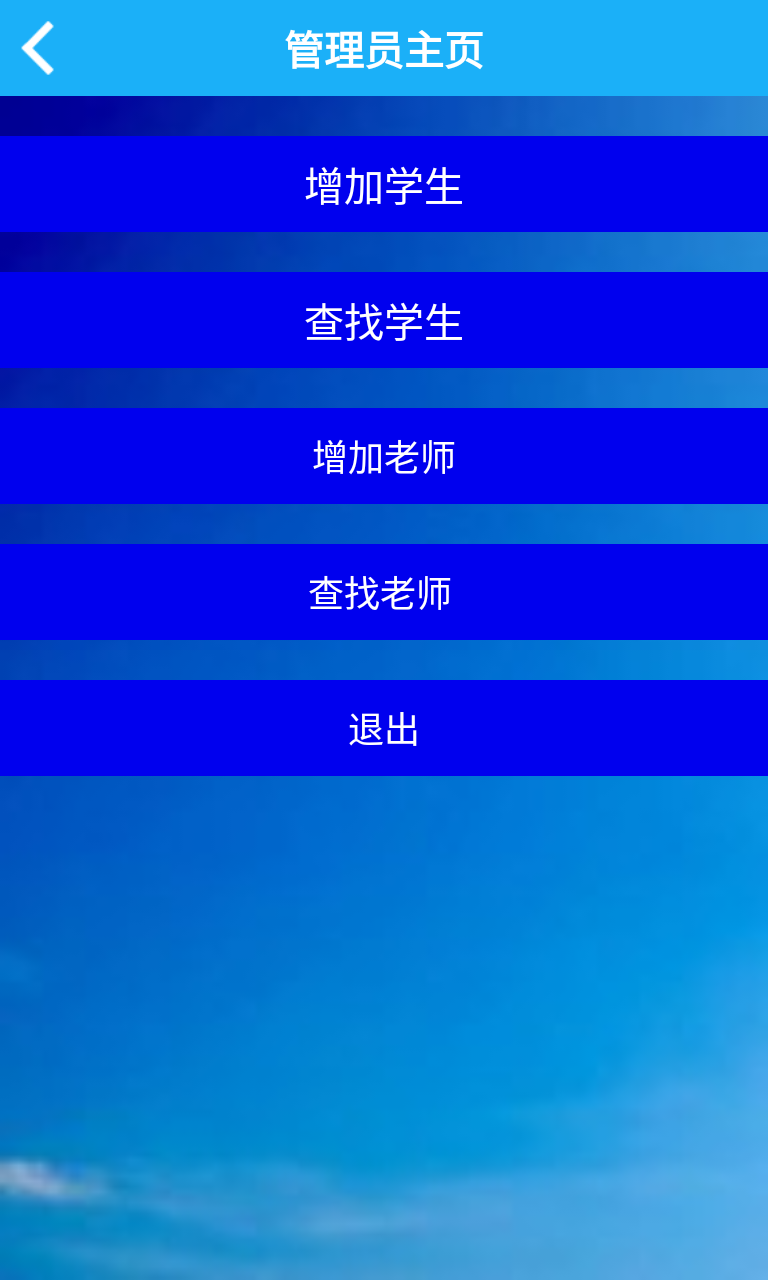
Repository: 15862175370/MyProject
Layout: 毕业设计系统源码_李伟/client/TeachSystem/res/layout/administrator_center.xml
These files come from the project's save history. The layout is drawn as it stood at one moment and after the next save; the edit follows.
It is drawn on a 768 x 1280 px phone screen (xhdpi) without system bars, with theme AppTheme; the app's code is not run.

Above is the layout before, as saved 2016-05-20 08:09:43.

### 毕业设计系统源码_李伟/client/TeachSystem/res/layout/administrator_center.xml
<?xml version="1.0" encoding="utf-8"?>
<LinearLayout xmlns:android="http://schemas.android.com/apk/res/android"
    android:layout_width="match_parent"
    android:layout_height="match_parent"
    android:background="@drawable/ad"
    android:orientation="vertical" >
        <!-- 标题栏 -->

    <RelativeLayout
        android:id="@+id/bjmgf_sdk_dock_pay_center_title_LayoutId"
        android:layout_width="match_parent"
        android:layout_height="48dp"
        android:background="#1bb0f8" >

        <RelativeLayout
            android:id="@+id/bjmgf_sdk_dock_pay_center_closeLlId"
            android:layout_width="wrap_content"
            android:layout_height="wrap_content"
            android:layout_alignParentLeft="true"
            android:layout_centerVertical="true"
            android:paddingBottom="10dp"
            android:paddingLeft="10dp"
            android:paddingRight="20dp"
            android:paddingTop="10dp" >

            <ImageView
                android:id="@+id/bjmgf_sdk_closeAboutBtnId"
                android:layout_width="wrap_content"
                android:layout_height="wrap_content"
                android:layout_centerVertical="true"
                android:src="@drawable/bjmgf_sdk_back" />
        </RelativeLayout>

        <TextView
            android:id="@+id/bjmgf_sdk_messageTextViewId"
            android:layout_width="wrap_content"
            android:layout_height="wrap_content"
            android:layout_centerInParent="true"
            android:gravity="center"
            android:text="管理员主页"
            android:textColor="#ffffff"
            android:textSize="20sp"
            android:textStyle="bold" />
    </RelativeLayout>

    <Button
        android:textSize="20dp"
        android:textColor="#ffffff"
        android:id="@+id/addstudent"
        android:layout_width="match_parent"
        android:layout_height="wrap_content"
        android:layout_marginTop="20dp"
        android:background="#ff0000ee"
        android:text="增加学生" />

    <Button
        android:textSize="20dp"
          android:textColor="#ffffff"
        android:id="@+id/serchstudent"
        android:layout_width="match_parent"
        android:layout_height="wrap_content"
        android:layout_marginTop="20dp"
        android:background="#ff0000ee"
        android:text="查找学生" />

    <Button
        android:textColor="#ffffff"
        android:id="@+id/addteacher"
        android:layout_width="match_parent"
        android:layout_height="wrap_content"
        android:layout_marginTop="20dp"
        android:background="#ff0000ee"
        android:text="增加老师" />

    <Button
        android:id="@+id/serchteacher"
        android:layout_width="match_parent"
        android:layout_height="wrap_content"
        android:layout_marginTop="20dp"
        android:background="#ff0000ee"
        android:textColor="#ffffff"
        android:text="查找老师 " />

    <Button
        android:textColor="#ffffff"
        android:layout_marginTop="20dp"
        android:background="#ff0000ee"
        android:id="@+id/exit"
        android:layout_width="match_parent"
        android:layout_height="wrap_content"
        android:text="退出" />

</LinearLayout>

Loaded but not shown: 毕业设计系统源码_李伟/client/TeachSystem/res/values/styles.xml (common file); 毕业设计系统源码_李伟/client/TeachSystem/res/values-v11/styles.xml (common file); 毕业设计系统源码_李伟/client/TeachSystem/res/values-v14/styles.xml (common file)

After the next save:
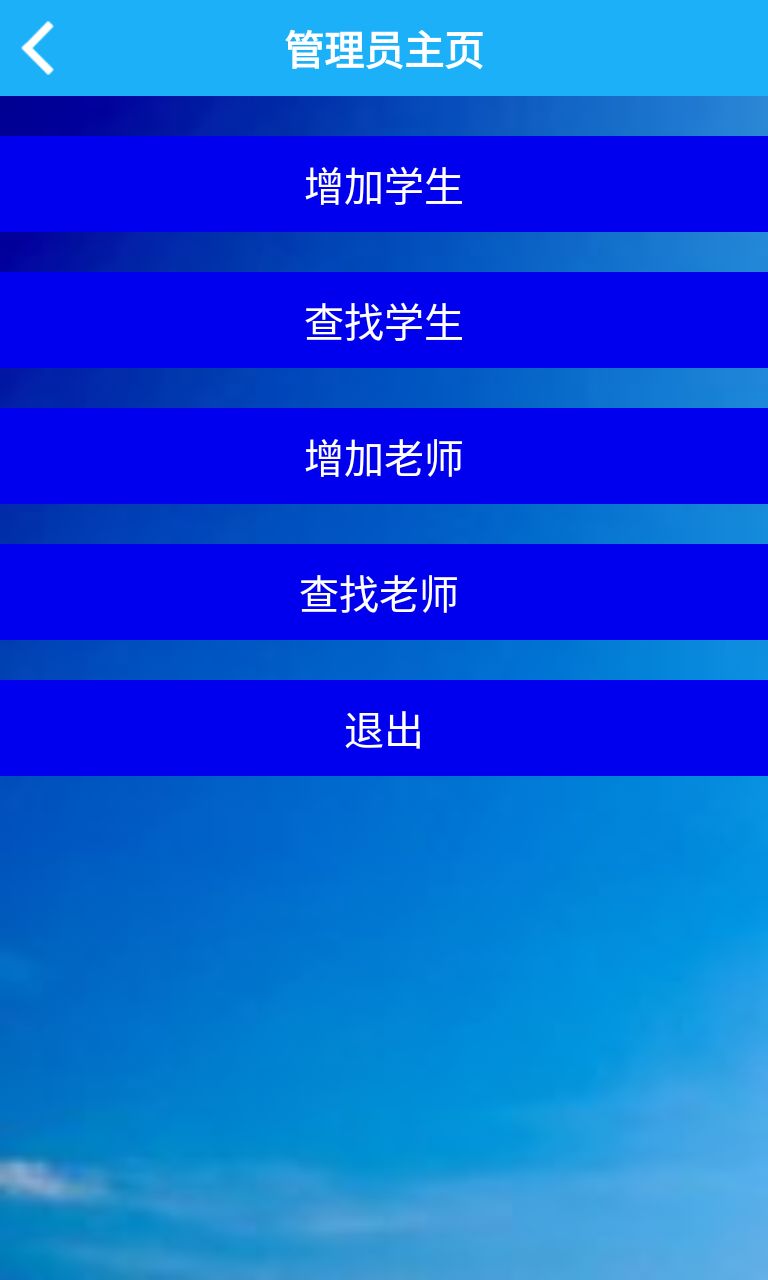
Saved 23 s later.
--- a/毕业设计系统源码_李伟/client/TeachSystem/res/layout/administrator_center.xml
+++ b/毕业设计系统源码_李伟/client/TeachSystem/res/layout/administrator_center.xml
@@ -64,6 +64,7 @@
         android:text="查找学生" />
 
     <Button
+          android:textSize="20dp"
         android:textColor="#ffffff"
         android:id="@+id/addteacher"
         android:layout_width="match_parent"
@@ -73,6 +74,7 @@
         android:text="增加老师" />
 
     <Button
+          android:textSize="20dp"
         android:id="@+id/serchteacher"
         android:layout_width="match_parent"
         android:layout_height="wrap_content"
@@ -82,6 +84,7 @@
         android:text="查找老师 " />
 
     <Button
+          android:textSize="20dp"
         android:textColor="#ffffff"
         android:layout_marginTop="20dp"
         android:background="#ff0000ee"
